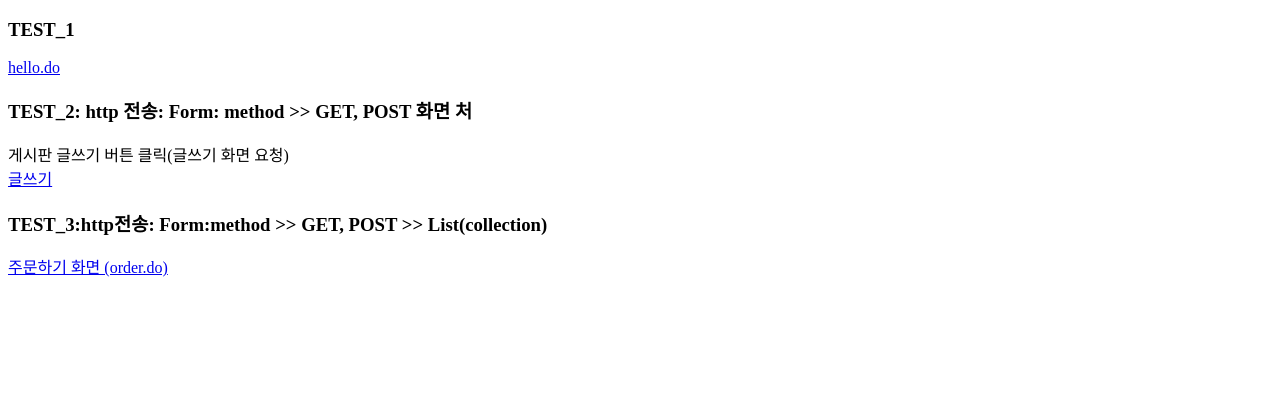
Repository: Ahn-Seung-ju/SpringLab
Page: SpringMVC_Basic03_Annotation/src/main/webapp/main.html
These files come from the project's save history. The page is drawn as it stood at one moment and after the next save; the edit follows.
The browser window is 1280 px wide. The pictures show the whole page.

Above is the page before, as saved 2021-05-06 02:57:20.

After the next save:
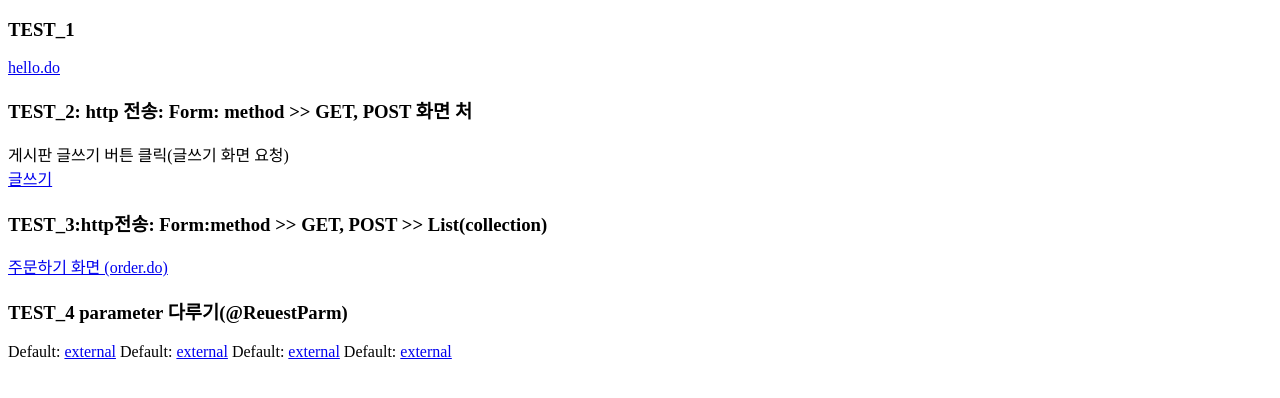
Saved 15 min 27 s later.
--- a/SpringMVC_Basic03_Annotation/src/main/webapp/main.html
+++ b/SpringMVC_Basic03_Annotation/src/main/webapp/main.html
@@ -14,5 +14,11 @@
 
 	<h3>TEST_3:http전송: Form:method >> GET, POST >> List(collection)</h3>
 	<a href = "order/order.do">주문하기 화면 (order.do)</a>
+
+	<h3>TEST_4 parameter 다루기(@ReuestParm)</h3>
+	Default: <a href = "search/external.do">external</a>
+	Default: <a href = "search/external.do?p">external</a>
+	Default: <a href = "search/external.do?query=100">external</a>
+	Default: <a href = "search/external.do?p=200">external</a>
 </body>
 </html>
